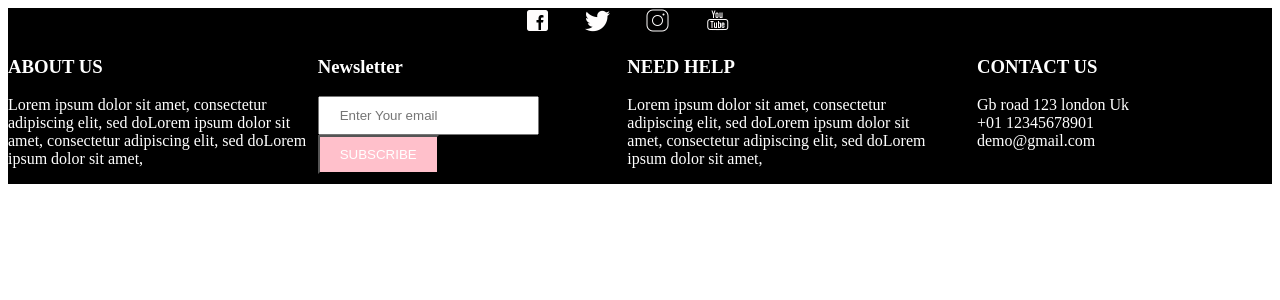
Repository: AVINKUMARP/gifts
Page: demo3.html
The author's editor kept a copy of each file at every save. The page is drawn from the files as they stood at one save, then again after the next save.
The browser window is 1280 px wide. The pictures show the whole page.

Above is the page before, as saved 2023-08-24 15:37:04.

After the next save:
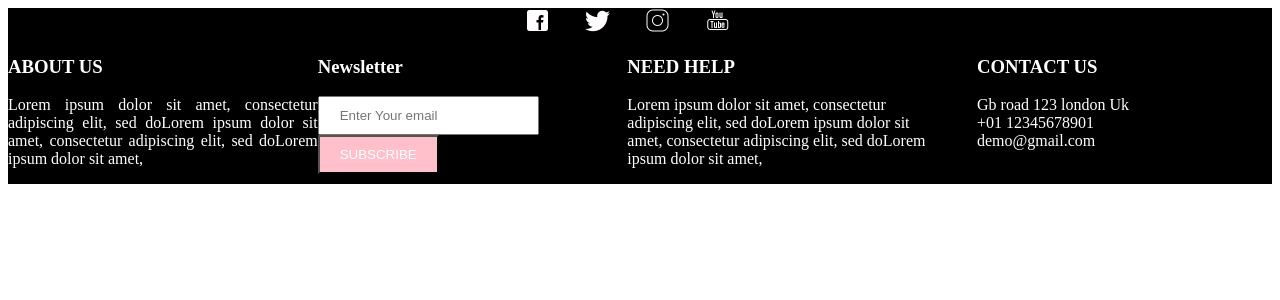
Saved 31 s later.
--- a/demo3.html
+++ b/demo3.html
@@ -38,6 +38,9 @@
             background-color:pink;
             color:white;
             padding: 10px 20px;
+        }
+        .lone p{
+            text-align: justify;
         }
     </style>
 </head>

After the save that followed:
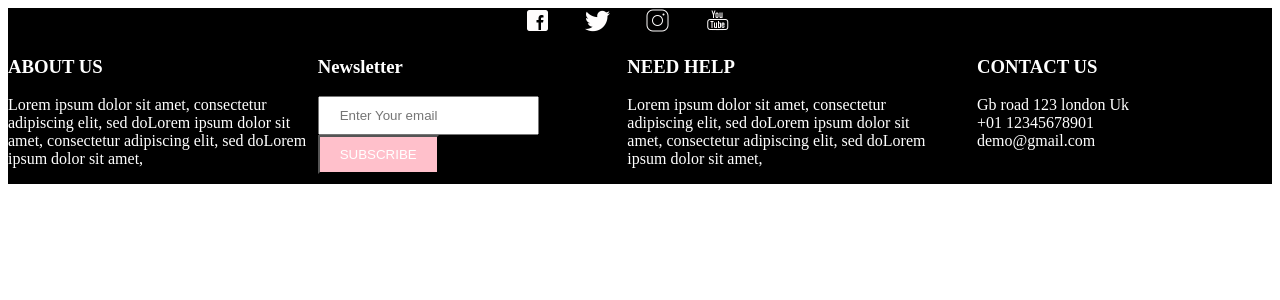
Saved 17 s later.
--- a/demo3.html
+++ b/demo3.html
@@ -40,7 +40,7 @@
             padding: 10px 20px;
         }
         .lone p{
-            text-align: justify;
+            text-align: start;
         }
     </style>
 </head>
